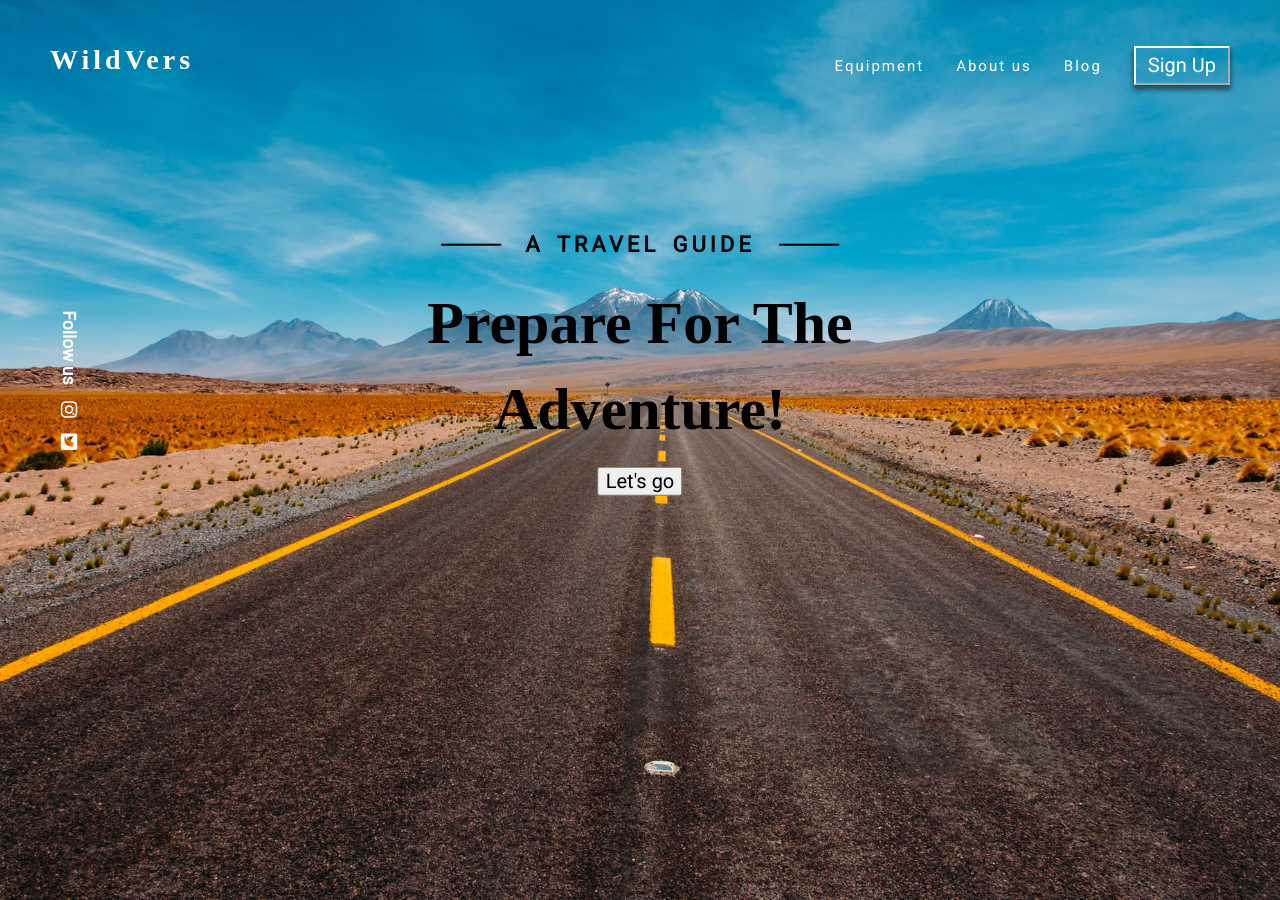
Repository: Hunga9k50doker/wildver-travel
Page: src/index.html
These files come from the project's save history. The page is drawn as it stood at one moment and after the next save; the edit follows.
The browser window is 1280 px wide. The pictures show the whole page.
Some web fonts or font styles are not loaded; a fallback is used. The style sheet was rebuilt from its Sass, Less or Tailwind sources for each picture, by a compiler version that may differ from the author's.

Above is the page before, as saved 2021-08-26 00:32:13.

### src/index.html
<!DOCTYPE html>
<html lang="en">
<head>
    <meta charset="UTF-8">
    <meta http-equiv="X-UA-Compatible" content="IE=edge">
    <meta name="viewport" content="width=device-width, initial-scale=1.0">
    <link href="https://fonts.googleapis.com/css2?family=Hina+Mincho&family=Roboto&display=swap" rel="stylesheet">
    <link rel="stylesheet" href="public/css/normalize.min.css">
    <link rel="stylesheet" href="public/css/grid.css">
    <link rel="stylesheet" href="public/css/base.css">
    <link rel="stylesheet" href="public/css/header.css">
    <link rel="stylesheet" href="public/vendor/fontawesome-free-5.15.3-web/css/all.min.css">
    <title>Document</title>
</head>
<body>
    <div class="app">
        <section class="header">
            <section class="header_nav">
                <h1 class="header_nav-home">WildVers</h1>
                <div class="header_nav-body">
                    <a href="/" class="header_nav-body-item">Equipment</a>
                    <a href="/" class="header_nav-body-item">About us</a>
                    <a href="/" class="header_nav-body-item">Blog</a>
                    <button class="header_nav-body-res">Sign Up</button>
                </div>
            </section>
            <section class="header_contain">
                <div class="header_contain-follow">
                    <p>Follow us</p>
                   <a href="/">
                       <i class="fab fa-instagram"></i>
                   </a>
                   <a href="/">
                       <i class="fab fa-twitter-square"></i>
                   </a>
                </div>
                <div class="header_contain-content">
                    <h3 class="header_contain-content-title">A travel guide</h3>
                    <h2>Prepare For The</h2>
                    <h2> Adventure!</h2>
                    <button>Let's go</button>
                </div>
            </section>
        </section>
        <section class="grip wide">

        </section>
    </div>
</body>
</html>

### src/public/css/normalize.min.css
html{line-height:1.15;-webkit-text-size-adjust:100%}body{margin:0}main{display:block}h1{font-size:2em;margin:.67em 0}hr{box-sizing:content-box;height:0;overflow:visible}pre{font-family:monospace,monospace;font-size:1em}a{background-color:transparent}abbr[title]{border-bottom:none;text-decoration:underline;text-decoration:underline dotted}b,strong{font-weight:bolder}code,kbd,samp{font-family:monospace,monospace;font-size:1em}small{font-size:80%}sub,sup{font-size:75%;line-height:0;position:relative;vertical-align:baseline}sub{bottom:-.25em}sup{top:-.5em}img{border-style:none}button,input,optgroup,select,textarea{font-family:inherit;font-size:100%;line-height:1.15;margin:0}button,input{overflow:visible}button,select{text-transform:none}[type=button],[type=reset],[type=submit],button{-webkit-appearance:button}[type=button]::-moz-focus-inner,[type=reset]::-moz-focus-inner,[type=submit]::-moz-focus-inner,button::-moz-focus-inner{border-style:none;padding:0}[type=button]:-moz-focusring,[type=reset]:-moz-focusring,[type=submit]:-moz-focusring,button:-moz-focusring{outline:1px dotted ButtonText}fieldset{padding:.35em .75em .625em}legend{box-sizing:border-box;color:inherit;display:table;max-width:100%;padding:0;white-space:normal}progress{vertical-align:baseline}textarea{overflow:auto}[type=checkbox],[type=radio]{box-sizing:border-box;padding:0}[type=number]::-webkit-inner-spin-button,[type=number]::-webkit-outer-spin-button{height:auto}[type=search]{-webkit-appearance:textfield;outline-offset:-2px}[type=search]::-webkit-search-decoration{-webkit-appearance:none}::-webkit-file-upload-button{-webkit-appearance:button;font:inherit}details{display:block}summary{display:list-item}template{display:none}[hidden]{display:none}
/*# sourceMappingURL=normalize.min.css.map */

### src/public/css/grid.css
.grid {
    width: 100%;
    display: block;
    padding: 0;
    margin: 0 auto;
}

.grid.wide {
    max-width: 1200px;
    margin: 0 auto;
}

.row {
    display: flex;
    flex-wrap: wrap;
    margin-left: -4px;
    margin-right: -4px;
}


.row.no-gutters {
    margin-left: 0;
    margin-right: 0;
}

.col {

    padding-left: 4px;
    padding-right: 4px;
}

.row.no-gutters .col {
    padding-left: 0;
    padding-right: 0;
}

.c-0 {
    display: none;
}

.c-1 {
    flex: 0 0 8.33333%;
    max-width: 8.33333%;
}

.c-2 {
    flex: 0 0 16.66667%;
    max-width: 16.66667%;
}

.c-3 {
    flex: 0 0 25%;
    max-width: 25%;
}

.c-4 {
    flex: 0 0 33.33333%;
    max-width: 33.33333%;
}

.c-5 {
    flex: 0 0 41.66667%;
    max-width: 41.66667%;
}

.c-6 {
    flex: 0 0 50%;
    max-width: 50%;
}

.c-7 {
    flex: 0 0 58.33333%;
    max-width: 58.33333%;
}

.c-8 {
    flex: 0 0 66.66667%;
    max-width: 66.66667%;
}

.c-9 {
    flex: 0 0 75%;
    max-width: 75%;
}

.c-10 {
    flex: 0 0 83.33333%;
    max-width: 83.33333%;
}

.c-11 {
    flex: 0 0 91.66667%;
    max-width: 91.66667%;
}

.c-12 {
    flex: 0 0 100%;
    max-width: 100%;
}

.c-o-1 {
    margin-left: 8.33333%;
}

.c-o-2 {
    margin-left: 16.66667%;
}

.c-o-3 {
    margin-left: 25%;
}

.c-o-4 {
    margin-left: 33.33333%;
}

.c-o-5 {
    margin-left: 41.66667%;
}

.c-o-6 {
    margin-left: 50%;
}

.c-o-7 {
    margin-left: 58.33333%;
}

.c-o-8 {
    margin-left: 66.66667%;
}

.c-o-9 {
    margin-left: 75%;
}

.c-o-10 {
    margin-left: 83.33333%;
}

.c-o-11 {
    margin-left: 91.66667%;
}

/* >= Tablet */
@media (min-width: 740px) {
    .row {
        margin-left: -8px;
        margin-right: -8px;
    }

    .col {
        padding-left: 8px;
        padding-right: 8px;
    }

    .m-0 {
        display: none;
    }

    .m-1,
    .m-2,
    .m-3,
    .m-4,
    .m-5,
    .m-6,
    .m-7,
    .m-8,
    .m-9,
    .m-10,
    .m-11,
    .m-12 {
        display: block;
    }

    .m-1 {
        flex: 0 0 8.33333%;
        max-width: 8.33333%;
    }

    .m-2 {
        flex: 0 0 16.66667%;
        max-width: 16.66667%;
    }

    .m-3 {
        flex: 0 0 25%;
        max-width: 25%;
    }

    .m-4 {
        flex: 0 0 33.33333%;
        max-width: 33.33333%;
    }

    .m-5 {
        flex: 0 0 41.66667%;
        max-width: 41.66667%;
    }

    .m-6 {
        flex: 0 0 50%;
        max-width: 50%;
    }

    .m-7 {
        flex: 0 0 58.33333%;
        max-width: 58.33333%;
    }

    .m-8 {
        flex: 0 0 66.66667%;
        max-width: 66.66667%;
    }

    .m-9 {
        flex: 0 0 75%;
        max-width: 75%;
    }

    .m-10 {
        flex: 0 0 83.33333%;
        max-width: 83.33333%;
    }

    .m-11 {
        flex: 0 0 91.66667%;
        max-width: 91.66667%;
    }

    .m-12 {
        flex: 0 0 100%;
        max-width: 100%;
    }

    .m-o-1 {
        margin-left: 8.33333%;
    }

    .m-o-2 {
        margin-left: 16.66667%;
    }

    .m-o-3 {
        margin-left: 25%;
    }

    .m-o-4 {
        margin-left: 33.33333%;
    }

    .m-o-5 {
        margin-left: 41.66667%;
    }

    .m-o-6 {
        margin-left: 50%;
    }

    .m-o-7 {
        margin-left: 58.33333%;
    }

    .m-o-8 {
        margin-left: 66.66667%;
    }

    .m-o-9 {
        margin-left: 75%;
    }

    .m-o-10 {
        margin-left: 83.33333%;
    }

    .m-o-11 {
        margin-left: 91.66667%;
    }
}

/* PC medium resolution > */
@media (min-width: 1113px) {
    .row {
        margin-left: -12px;
        margin-right: -12px;
    }

    .row.sm-gutter {
        margin-left: -5px;
        margin-right: -5px;
    }

    .col {
        padding-left: 12px;
        padding-right: 12px;
    }

    .row.sm-gutter .col {
        padding-left: 5px;
        padding-right: 5px;
    }

    .l-0 {
        display: none;
    }

    .l-1,
    .l-2,
    .l-2-4,
    .l-3,
    .l-4,
    .l-5,
    .l-6,
    .l-7,
    .l-8,
    .l-9,
    .l-10,
    .l-11,
    .l-12 {
        display: block;
    }

    .l-1 {
        flex: 0 0 8.33333%;
        max-width: 8.33333%;
    }

    .l-2 {
        flex: 0 0 16.66667%;
        max-width: 16.66667%;
    }

    .l-2-4 {
        flex: 0 0 20%;
        max-width: 20%;
    }

    .l-3 {
        flex: 0 0 25%;
        max-width: 25%;
    }

    .l-4 {
        flex: 0 0 33.33333%;
        max-width: 33.33333%;
    }

    .l-5 {
        flex: 0 0 41.66667%;
        max-width: 41.66667%;
    }

    .l-6 {
        flex: 0 0 50%;
        max-width: 50%;
    }

    .l-7 {
        flex: 0 0 58.33333%;
        max-width: 58.33333%;
    }

    .l-8 {
        flex: 0 0 66.66667%;
        max-width: 66.66667%;
    }

    .l-9 {
        flex: 0 0 75%;
        max-width: 75%;
    }

    .l-10 {
        flex: 0 0 83.33333%;
        max-width: 83.33333%;
    }

    .l-11 {
        flex: 0 0 91.66667%;
        max-width: 91.66667%;
    }

    .l-12 {
        flex: 0 0 100%;
        max-width: 100%;
    }

    .l-o-1 {
        margin-left: 8.33333%;
    }

    .l-o-2 {
        margin-left: 16.66667%;
    }

    .l-o-3 {
        margin-left: 25%;
    }

    .l-o-4 {
        margin-left: 33.33333%;
    }

    .l-o-5 {
        margin-left: 41.66667%;
    }

    .l-o-6 {
        margin-left: 50%;
    }

    .l-o-7 {
        margin-left: 58.33333%;
    }

    .l-o-8 {
        margin-left: 66.66667%;
    }

    .l-o-9 {
        margin-left: 75%;
    }

    .l-o-10 {
        margin-left: 83.33333%;
    }

    .l-o-11 {
        margin-left: 91.66667%;
    }
}

/* Tablet - PC low resolution */
@media (min-width: 740px) and (max-width: 1023px) {
    .wide {
        width: 644px;
    }
}

/* > PC low resolution */
@media (min-width: 1024px) and (max-width: 1239px) {
    .wide {
        width: 984px;
    }

    .wide .row {
        margin-left: -12px;
        margin-right: -12px;
    }

    .wide .row.sm-gutter {
        margin-left: -5px;
        margin-right: -5px;
    }

    .wide .col {
        padding-left: 12px;
        padding-right: 12px;
    }

    .wide .row.sm-gutter .col {
        padding-left: 5px;
        padding-right: 5px;
    }

    .wide .l-0 {
        display: none;
    }

    .wide .l-1,
    .wide .l-2,
    .wide .l-2-4,
    .wide .l-3,
    .wide .l-4,
    .wide .l-5,
    .wide .l-6,
    .wide .l-7,
    .wide .l-8,
    .wide .l-9,
    .wide .l-10,
    .wide .l-11,
    .wide .l-12 {
        display: block;
    }

    .wide .l-1 {
        flex: 0 0 8.33333%;
        max-width: 8.33333%;
    }

    .wide .l-2 {
        flex: 0 0 16.66667%;
        max-width: 16.66667%;
    }

    .wide .l-2-4 {
        flex: 0 0 20%;
        max-width: 20%;
    }

    .wide .l-3 {
        flex: 0 0 25%;
        max-width: 25%;
    }

    .wide .l-4 {
        flex: 0 0 33.33333%;
        max-width: 33.33333%;
    }

    .wide .l-5 {
        flex: 0 0 41.66667%;
        max-width: 41.66667%;
    }

    .wide .l-6 {
        flex: 0 0 50%;
        max-width: 50%;
    }

    .wide .l-7 {
        flex: 0 0 58.33333%;
        max-width: 58.33333%;
    }

    .wide .l-8 {
        flex: 0 0 66.66667%;
        max-width: 66.66667%;
    }

    .wide .l-9 {
        flex: 0 0 75%;
        max-width: 75%;
    }

    .wide .l-10 {
        flex: 0 0 83.33333%;
        max-width: 83.33333%;
    }

    .wide .l-11 {
        flex: 0 0 91.66667%;
        max-width: 91.66667%;
    }

    .wide .l-12 {
        flex: 0 0 100%;
        max-width: 100%;
    }

    .wide .l-o-1 {
        margin-left: 8.33333%;
    }

    .wide .l-o-2 {
        margin-left: 16.66667%;
    }

    .wide .l-o-3 {
        margin-left: 25%;
    }

    .wide .l-o-4 {
        margin-left: 33.33333%;
    }

    .wide .l-o-5 {
        margin-left: 41.66667%;
    }

    .wide .l-o-6 {
        margin-left: 50%;
    }

    .wide .l-o-7 {
        margin-left: 58.33333%;
    }

    .wide .l-o-8 {
        margin-left: 66.66667%;
    }

    .wide .l-o-9 {
        margin-left: 75%;
    }

    .wide .l-o-10 {
        margin-left: 83.33333%;
    }

    .wide .l-o-11 {
        margin-left: 91.66667%;
    }
}

### src/resources/scss/base.scss
@import "variables";

*{
    font-size: 62.5%;
    box-sizing: inherit;
}
html{
    margin: 0;
    padding: 0;
    line-height: 1.6rem;
    box-sizing: border-box;
    font-family: 'Roboto', sans-serif;
}
h1,h2{
    font-family: 'Besley', serif;
}

a{
    color: $white-color;
    text-decoration: none;
}

### src/resources/scss/_variables.scss
$orange-color: #ff6b00;
$white-color: #fff;
$text-color: #e2ddd6;
$waxen-color: #f9caa9;
$black-color: #030101;

### src/resources/scss/header.scss
@import "variables";

.header{
    position: relative;
    background: url(/src/public/img/bg2.jpg) ;
    width: 100%;
    min-width: 500px;
    height: 900px;
    min-height:500px;
    background-position: center;
    background-repeat: no-repeat;
    background-size: cover;
    // z-index: -1;
    &_nav{
        display:flex;
        color: $white-color;
        padding: 4.6rem 5rem 0 5rem;
        &-home{
            flex: 1;
            margin: 0;
            font-size: 2.8rem;
            letter-spacing:4px;
            line-height:100%;
            cursor: pointer;
        }
        &-body{
            display:flex;
            align-items:center;
            justify-content: center;
            font-size: 2.4rem;
            letter-spacing:2px;
            &-item{
                color:$white-color;
                margin:0 1.6rem;
                transform: scale(1);
                &:hover{
                    color: $orange-color;
                    transform: scale(1.1);
                    transition:transform 0.3s;
                }
            }
            button{
                font-size: 2rem;
                padding:6px 1.2rem;
                margin-left: 1.6rem;
                background:transparent;
                color:$white-color;
                border-color: $white-color;
                border-style: solid 2px;
                cursor: pointer;
                box-shadow: 0 4px 5px 1px rgba(0,0,0,0.5);
                transform: translateY(0);
                transition:transform 0.3s linear;
                &:hover{
                    background: $orange-color;
                    box-shadow: 0 0px 5px 1px rgba(0,0,0,0.5);
                    transform: translateY(4px);
                    transition:transform 0.3s linear;
                }
            }
        }

    }

    &_contain{
        position: relative;
        display:flex;
        align-items:center;
        justify-content: center;
        left: 0;
        top: 30%;
        transform: translateY(-70%);
        &-follow{
            position: absolute;
            top: 0;
            left:0;
            font-size: 2.8rem;
            font-weight: 700;
            display:flex;
            align-items:center;
            justify-content: center;
            color:$white-color;
            transform:rotate(90deg);
            margin:0;
            a:nth-child(2){
                margin:0 16px;
            }
            a{
                font-size: 3rem;
                transform: scale(1);
                transition: transform 0.3s;
                cursor: pointer;
                &:hover{
                     color:$orange-color;
                     transform: scale(1.1);
                     transition: transform 0.3s;
                 }
            }
        }
        &-content{
            position: absolute;
            top: 50%;
            left:50%;
            transform: translate(-50%,-50%);
            font-size: 2rem;
            display:flex;
            flex-direction: column;
            align-items:center;
            justify-content: center;
            &-title{
                position: relative;
                font-size: 2.2rem;
                color: $black-color;
                word-spacing: 4px;
                letter-spacing: 4px;
                text-transform: uppercase;
                &:after{
                    content: " ";
                    position: absolute;
                    width:6rem;
                    height:2px;
                    top: 50%;
                    transform: translateY(-50%);
                    right: -8.4rem;
                    background: #000;

                }
                &::before{
                    content: " ";
                    position: absolute;
                    width:6rem;
                    height:2px;
                    top: 50%;
                    transform: translateY(-50%);
                    left: -8.4rem;
                    background: #000;

                }
            }
            h2{
                font-size:6rem;
                &:nth-child(2){
                    margin-top: 4rem;
                }
                &:nth-child(3){
                    margin-top:2rem;
                }
            }
            button{
                font-size: 2rem;
            }
        }
    }
}

Loaded but not shown: src/public/vendor/fontawesome-free-5.15.3-web/css/all.min.css (library)

After the next save:
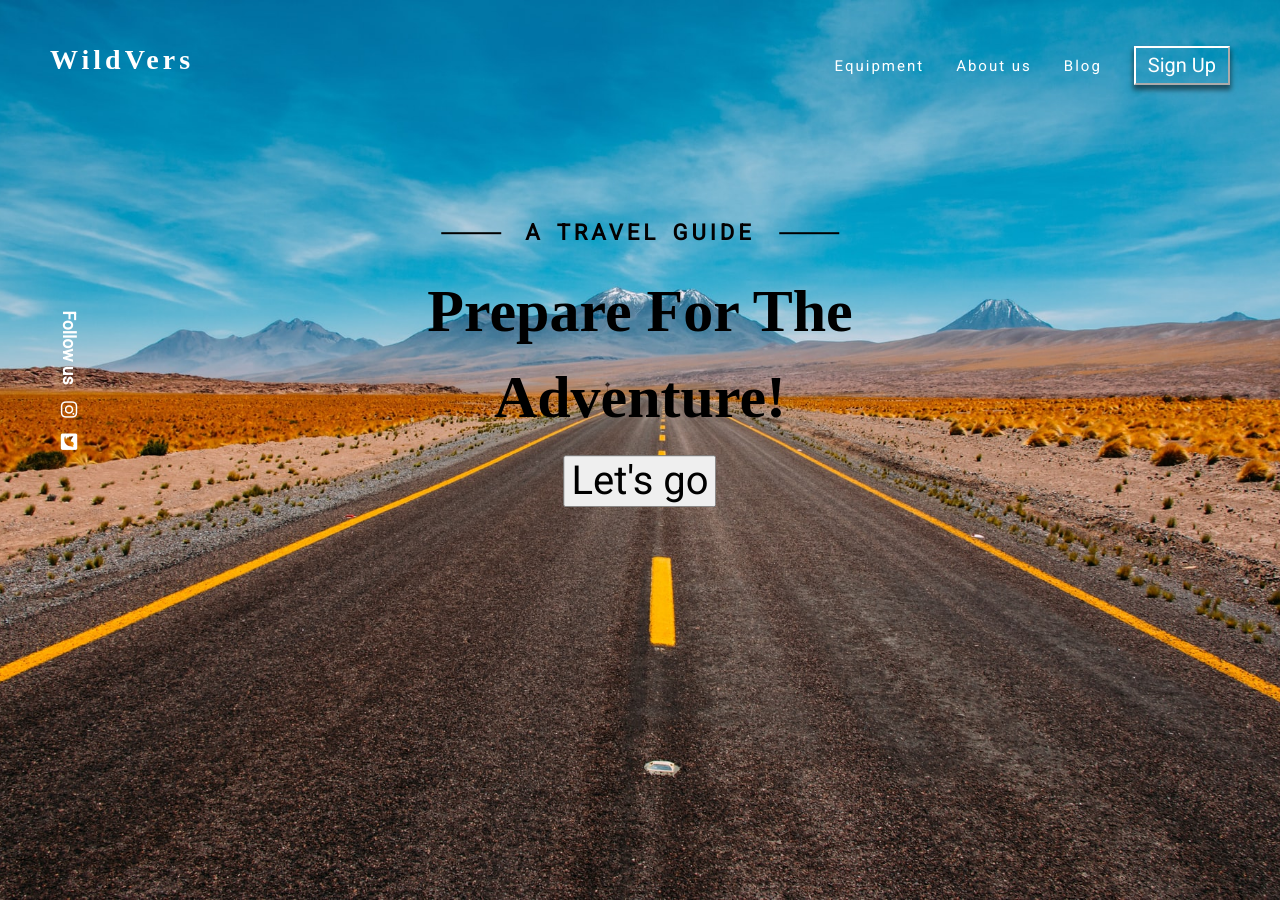
Saved 5 s later.
--- a/src/resources/scss/header.scss
+++ b/src/resources/scss/header.scss
@@ -147,7 +147,7 @@
                 }
             }
             button{
-                font-size: 2rem;
+                font-size: 4rem;
             }
         }
     }
